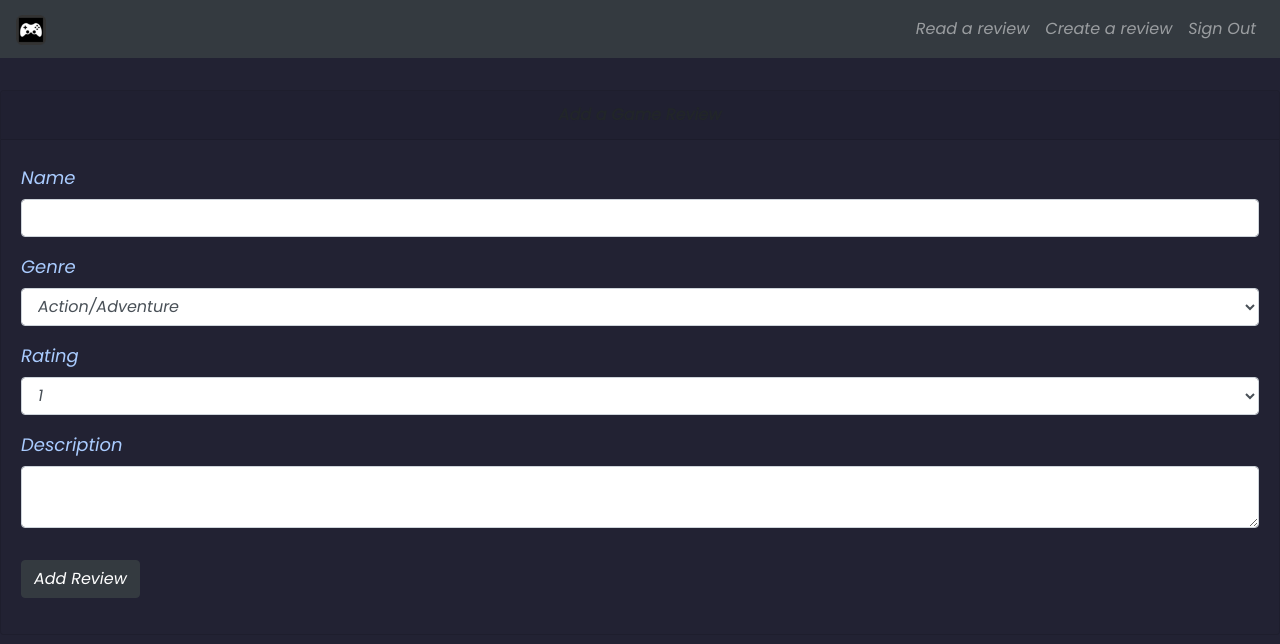
Repository: amit238/milestone-project-3
Page: http://localhost/addreview
The author's editor kept a record of every edit. The page is drawn from the files as they stood at one moment, then again after the next edit.
The browser window is 1280 px wide. The pictures show the whole page.
Some web libraries are served in a nearby version. The page is served by the project's application, run on Flask 3 (app.py). The session is filled in as if someone had signed in: {"username": "testuser", "logged_in": true}.

Above is the page before.

### templates/addreview.html
{% extends 'base.html'%} {% block content %}

<div class="card mb-4 form-bg thick-border">
    <div class="card-header center-header"><span class="review-title"><strong>Add a Game Review</strong></span></div>
    <div class="card-body">
        <div class="row">
            <div class="col-12">
                <!--wtform to add new review to the db-->
                <form method="POST" action="">
                    {{ form.hidden_tag() }}
                    <fieldset class="form-group">

                        <div class="form-group form-text">
                            {{ form.name.label(class="form-control-label") }}
                            {% if form.name.errors %}<!--checking for invalid input and message user-->
                            {{ form.name(class="form-control form-control is-invalid") }}
                            <div class="invalid-feedback">
                                {% for error in form.name.errors %}
                                <span>{{ error }}</span>
                                {% endfor %}
                            </div>
                            {% else %}
                            {{ form.name(class="form-control form-control") }}
                            {% endif %}
                        </div>

                        <div class="form-group form-text">
                                {{ form.genre.label(class="form-control-label") }}
                                {% if form.genre.errors %}
                                {{ form.genre(class="form-control form-control is-invalid") }}
                                <div class="invalid-feedback"><!--checking for invalid input and message user-->
                                    {% for error in form.genre.errors %}
                                    <span>{{ error }}</span>
                                    {% endfor %}
                                </div>
                                {% else %}
                                {{ form.genre(class="form-control form-control") }}
                                {% endif %}
                            </div>

                            <div class="form-group form-text">
                                {{ form.rating.label(class="form-control-label") }}
                                {% if form.rating.errors %}
                                {{ form.rating(class="form-control form-control is-invalid") }}
                                <div class="invalid-feedback"><!--checking for invalid input and message user-->
                                    {% for error in form.rating.errors %}
                                    <span>{{ error }}</span>
                                    {% endfor %}
                                </div>
                                {% else %}
                                {{ form.rating(class="form-control form-control") }}
                                {% endif %}
                            </div>

                             <div class="form-group form-text">
                                {{ form.description.label(class="form-control-label") }}
                                {% if form.description.errors %}
                                {{ form.description(class="form-control form-control is-invalid") }}
                                <div class="invalid-feedback"><!--checking for invalid input and message user-->
                                    {% for error in form.description.errors %}
                                    <span>{{ error }}</span>
                                    {% endfor %}
                                </div>
                                {% else %}
                                {{ form.description(class="form-control form-control") }}
                                {% endif %}
                            </div>

                    </fieldset>
                    <div class="form-group form-text"><!--submitting new review form-->
                        {{ form.submit_add(class="btn btn-dark") }}
                    </div>
                </form>


            </div>

        </div>

    </div>
</div>

{% endblock %}

### templates/base.html
<!DOCTYPE html>
<html lang="en">

<head>
  <meta charset="UTF-8">
  <meta name="viewport" content="width=device-width, initial-scale=1.0">
  <meta http-equiv="X-UA-Compatible" content="ie=edge"> {% if title %}
  <title>GameScan - {{ title }} </title>
  {% else %}
  <title>Welcome to GameScan!</title>
  {% endif %}
  <link rel="stylesheet" href="https://maxcdn.bootstrapcdn.com/bootstrap/4.2.1/css/bootstrap.min.css" type="text/css" />
  <link rel="stylesheet" href="https://use.fontawesome.com/releases/v5.0.10/css/all.css" integrity="sha384-+d0P83n9kaQMCwj8F4RJB66tzIwOKmrdb46+porD/OvrJ+37WqIM7UoBtwHO6Nlg" crossorigin="anonymous">
  <link href="https://fonts.googleapis.com/css2?family=Poppins:ital@1&display=swap" rel="stylesheet">
  <link rel="stylesheet" href="{{url_for('static', filename='css/style.css')}}" type="text/css" />
  <link rel="shortcut icon" type="image/ico" href="{{ url_for('static', filename='img/favicon.ico') }}" />
</head>

<body>
  <header>
    <nav class="navbar navbar-expand-lg navbar-dark bg-dark ">
      <a class="navbar-brand" href="{{ url_for('index') }}">
       <img src="{{ url_for('static', filename='img/favicon.ico') }}" width="30" height="30" alt="">
  </a>
      <button class="navbar-toggler" type="button" data-toggle="collapse" data-target="#navbarNavAltMarkup" aria-controls="navbarNavAltMarkup" aria-expanded="false" aria-label="Toggle navigation">
    <span class="navbar-toggler-icon"></span>
  </button>
      <div class="collapse navbar-collapse" id="navbarNavAltMarkup">
        <div class="navbar-nav ml-auto">
          {% if session['logged_in'] == True %}
          <a class="nav-item nav-link" href="{{ url_for('reviews') }}">Read a review</a>
          <a class="nav-item nav-link" href="{{ url_for('addreview') }}">Create a review</a>
          <a class="nav-item nav-link" href="{{ url_for('logout') }}">Sign Out</a>
          {% else %}
          <a class="nav-item nav-link" href="{{ url_for('reviews') }}">Read a review</a>
          <a class="nav-item nav-link" href="{{ url_for('register') }}">Register</a>
          <a class="nav-item nav-link" href="{{ url_for('login') }}">Log in</a>
          {% endif %}
        </div>
      </div>
    </nav>
    {% block content %} {% endblock %}
  </header>
  <script src="https://code.jquery.com/jquery-3.5.1.js" integrity="sha256-QWo7LDvxbWT2tbbQ97B53yJnYU3WhH/C8ycbRAkjPDc=" crossorigin="anonymous"></script>
  <script src="https://cdnjs.cloudflare.com/ajax/libs/popper.js/1.14.6/umd/popper.min.js" integrity="sha384-wHAiFfRlMFy6i5SRaxvfOCifBUQy1xHdJ/yoi7FRNXMRBu5WHdZYu1hA6ZOblgut" crossorigin="anonymous"></script>
  <script src="https://stackpath.bootstrapcdn.com/bootstrap/4.2.1/js/bootstrap.min.js" integrity="sha384-B0UglyR+jN6CkvvICOB2joaf5I4l3gm9GU6Hc1og6Ls7i6U/mkkaduKaBhlAXv9k" crossorigin="anonymous"></script>
</body>

</html>

### app.py
import os
if os.path.exists("env.py"):
  import env
from flask import Flask, render_template, redirect, request, url_for, flash, session
from forms import LoginForm, RegisterForm, ReviewGameForm
from flask_pymongo import PyMongo
from bson.objectid import ObjectId
import bcrypt

app = Flask(__name__)
app.config["MONGO_DBNAME"] = 'game_scan'
app.config["MONGO_URI"] = os.environ.get('MONGO_URI')

mongo = PyMongo(app)

SECRET_KEY = os.urandom(32)
app.config['SECRET_KEY'] = SECRET_KEY



@app.route('/reviews')
def reviews():
    return render_template('reviews.html', title="Read a review!", game_reviews=mongo.db.game_reviews.find())







@app.route('/')
def index():
    return render_template('index.html', title="Home")






# Adding Log in

@app.route('/login', methods=['GET', 'POST'])
def login():
    """Login handler"""
    if session.get('logged_in'):
        if session['logged_in'] is True:
            return redirect(url_for('index', title="Log In"))

    form = LoginForm()

    if form.validate_on_submit():
        # get all users
        users = mongo.db.users
        # try and get one with same name as entered
        db_user = users.find_one({'name': request.form['username']})

        if db_user:
            # check password using hashing
            if bcrypt.hashpw(request.form['password'].encode('utf-8'),
                             db_user['password']) == db_user['password']:
                session['username'] = request.form['username']
                session['logged_in'] = True
                # successful redirect to home logged in
                return redirect(url_for('index', title="Sign In", form=form))
            # must have failed set flash message
            flash('Invalid username/password combination')
    return render_template("login.html", title="Sign In", form=form)





@app.route('/logout')
def logout():
    """Clears session and redirects to home"""
    session.clear()
    return redirect(url_for('index'))





# Adding in Register form

@app.route('/register', methods=['GET', 'POST'])
def register():
    """Handles registration functionality"""
    form = RegisterForm(request.form)
    if form.validate_on_submit():
        # get all the users
        users = mongo.db.users
        # see if we already have the entered username
        existing_user = users.find_one({'name': request.form['username']})

        if existing_user is None:
            # hash the entered password
            hash_pass = bcrypt.hashpw(request.form['password'].encode('utf-8'), bcrypt.gensalt())
            # insert the user to DB
            users.insert_one({'name': request.form['username'],
                          'password': hash_pass,
                          'email': request.form['email']})
            session['username'] = request.form['username']
            return redirect(url_for('index'))
        # duplcate username set flash message and reload page
        flash('Sorry, that username is already taken - use another')
        return redirect(url_for('register'))
    return render_template('register.html', title='Register', form=form)





# Adding a review

@app.route('/addreview', methods=['GET', 'POST'])
def addreview():

   # If user is not logged in a message will appear

    if 'logged_in' not in session:
        flash('To add a review you need to sign in', 'warning')
        return redirect(url_for('login'))

   # If form submits successfully

    form = ReviewGameForm(request.form)
    if request.method == 'POST':
        game_reviews=mongo.db.game_reviews
        print('inside')
        print('rating:' + request.form['rating'])
        # import pdb; pdb.set_trace()
        # add form content to db as a new record
        game_reviews.insert_one({
            'user_created': session['username'],
            'name': request.form['name'],
            'genre': request.form['genre'],
            'rating': request.form['rating'],
            'description': request.form['description'],
            })

        flash('Your Review has been added ', 'success')

        # send to my reviews template on successful add
        return redirect(url_for('reviews'))

    return render_template('addreview.html', form=form,
                           title='Add a Review')





# Editing a review

@app.route('/editreview/<id>', methods=['GET', 'POST'])
def edit_review(id):

    # Users can edit a review if logged in

    if 'logged_in' not in session:
        # if a user trys to go to edit review without been logged in

        flash('You will need to log in to edit a review', 'warning')
        return redirect(url_for('login'))  # sending to log in

    one_review = mongo.db.game_reviews.find_one({'_id': ObjectId(id)})
    # retrieving record from db

    # if a user trys to go to edit review that they don't own
    if one_review['username'] != session['username']:
        flash('You do  not own this review and cannot edit it. ',
              'warning')
        return redirect(url_for('login'))  # sending to log in

    form = ReviewGameForm(data=one_review)

    if form.validate_on_submit():  # if form submits successfully
        game_reviews = mongo.db.game_reviews


        # add form content to db as a new record
        game_reviews.update_one({'_id': ObjectId(id)}, {'$set': {
            'name': request.form['name'],
            'genre': request.form['genre'],
            'rating': request.form['rating'],
            'description': request.form['description'],
            }})

        flash('Your review has been updated!', 'success')

        # send to my review template on successful addupdate
        return redirect(url_for('reviews', id=id))

    return render_template('editreview.html', form=form,
                           title='Edit a  Review')






if __name__ == '__main__':
    app.run(host=os.environ.get('IP'),
            port=int(os.environ.get('PORT')),
            debug=True)

### forms.py
from flask_wtf import FlaskForm
from wtforms import StringField, PasswordField, BooleanField, SubmitField, TextAreaField, SelectField
from wtforms.validators import DataRequired, Length, EqualTo, Email


class LoginForm(FlaskForm):
    username = StringField('Username', validators=[DataRequired()])
    password = PasswordField('Password', validators=[DataRequired()])
    remember_me = BooleanField('Remember Me')
    submit = SubmitField('Sign In')


class RegisterForm(FlaskForm):
    username = StringField('Username', validators=[DataRequired(),
                                                   Length(min=4, max=20)])
    password = PasswordField('Password',
                             validators=[DataRequired(),
                                         EqualTo('password2', message='Passwords must match')])
    password2 = PasswordField('Repeat Password')
    email = StringField('Email Address', validators=[Length(min=6, max=35), Email()])
    remember_me = BooleanField('Remember Me')
    submit = SubmitField('Register')


class ReviewGameForm(FlaskForm):

    user_created = StringField('User Created', validators=[DataRequired(), Length(min=1, max=100)])

    name = StringField('Name', validators=[DataRequired(),Length(min=1, max=150)])

    genre = SelectField(u'Genre', choices=[
        ('action/adventure', 'Action/Adventure'),
        ('sports', 'Sports'),
        ('shooters', 'Shooters'),
        ('role-playing', 'Role-Playing'),
        ('racing', 'Racing'),
        ])

    rating = SelectField(u'Rating', choices=[
        ('1', '1'),
        ('2', '2'),
        ('3', '3'),
        ('4', '4'),
        ('5', '5'),
        ('6', '6'),
        ('7', '7'),
        ('8', '8'),
        ('9', '9'),
        ('10', '10'),
        ])

    description = TextAreaField('Description', validators=[DataRequired(), Length(min=2, max=1500)])

    submit_add = SubmitField('Add Review')
    submit_edit = SubmitField('Update Review')

### static/css/style.css
html {
  font-size: 100%;
}

body {
  padding: 0;
  margin: 0;
  background-color: #222233;
  font-family: 'Poppins', sans-serif;
  ;
}

/*----Navbar----*/

/*----Homepage----*/

.padding-text-align {
  padding-top: 5em;
  text-align: center;
}

.homepage-card {
  font-size: large;
  background-color: rgba(34, 34, 51, 0.5);
  border-radius: 2em;
  animation: fade-cards-in 2s ease-out;
  margin-bottom: 5px;
  color: #AACCFF
}

@keyframes fade-cards-in {
  0% {
    opacity: .5;
    transform: translateY(30px);
  }
  80% {
    transform: translateY(3px);
  }
  100% {
    opacity: 1;
    transform: translate(0);
  }
}

.background {
  background-image: url('../img/night.jpg');
  background-color: #222233;
  background-size: cover;
  background-repeat: no-repeat;
  height: 100vh;
}

.homepage {
  padding-top: 15em;
  text-align: center;
}

/*----Add Review----*/
/*-some css also in reviews.html to stop repeating-*/

.form-bg {
  background-color: #222233;
  margin-top: 2em;
}

.form-text {
  color: #AACCFF;
  font-size: large;
}

.form-btn {
  text-align: center;
  background-color: #222233;
}
.center-header {
  text-align: center;
}


/*----Register----*/

/*-also login-*/

.color-center {
  color: #AACCFF;
  text-align: center;
}

.padding-top {
  padding-top: 1em;
}


.border-box {
  border-radius: 1rem;
}

After the next edit:
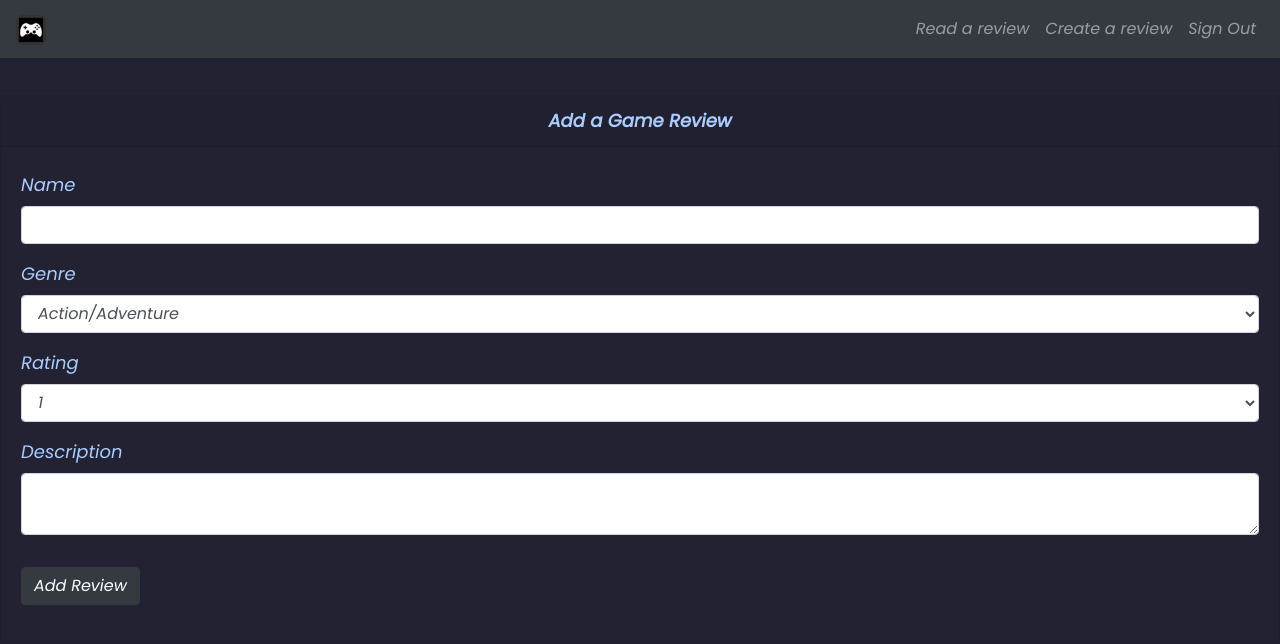
The edit:
--- a/templates/addreview.html
+++ b/templates/addreview.html
@@ -1,7 +1,7 @@
 {% extends 'base.html'%} {% block content %}
 
 <div class="card mb-4 form-bg thick-border">
-    <div class="card-header center-header"><span class="review-title"><strong>Add a Game Review</strong></span></div>
+    <div class="card-header center-header form-text"><span class="review-title"><strong>Add a Game Review</strong></span></div>
     <div class="card-body">
         <div class="row">
             <div class="col-12">
